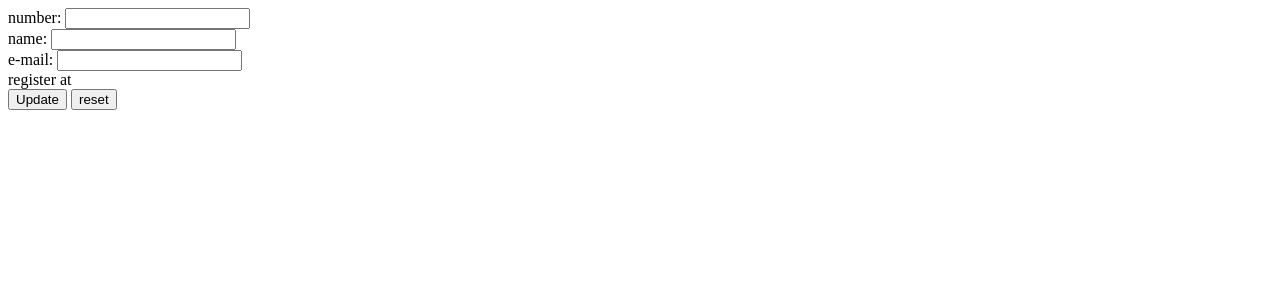
Repository: jk121925/anfree
Page: http://localhost/DONE/member/MemberUpdateForm.jsp
These files come from the project's save history. The page is drawn as it stood at one moment and after the next save; the edit follows.
The browser window is 1280 px wide. The pictures show the whole page.
The page is served by Tomcat 9. Other server files are loaded and not shown.

Above is the page before, as saved 2021-12-29 13:53:53.

### DONE/src/main/webapp/member/MemberUpdateForm.jsp
<%@ page import="spms.vo.Member" %>
<%@ page language="java" contentType="text/html; charset=UTF-8"
    pageEncoding="UTF-8"%>
<!DOCTYPE html>
<html>
<head>
<meta charset="UTF-8">

<title>Member ingredient</title>
</head>
<body>
	<form action='update' method='post'>
		number: <input type='text' name='no' value='${member.no}' readonly><br>
		name: <input type='text' name ='name' value='${member.getName}'><br>
		e-mail: <input type='text' name='email' value='${member.getEmail}'><br>
		register at ${member.createdDate}<br>
		<input type='submit' value='Update'>
		<input type='reset' value='reset' onclick='location.href="list"'>
	</form>
</body>
</html>

After the next save:
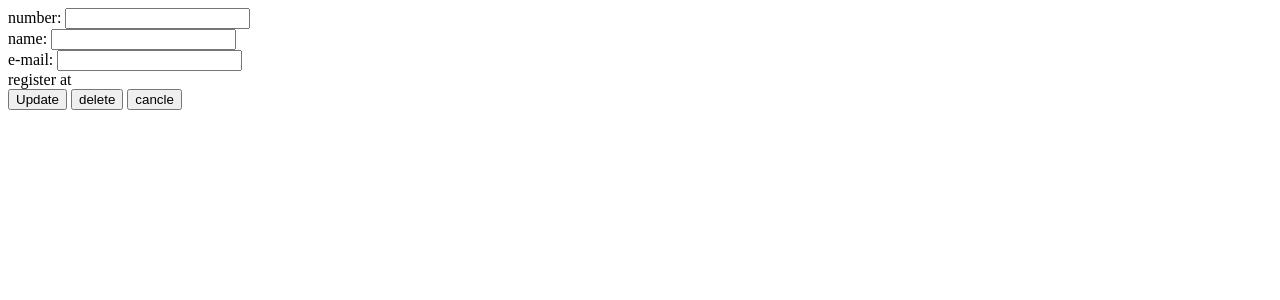
Saved 93 s later.
--- a/DONE/src/main/webapp/member/MemberUpdateForm.jsp
+++ b/DONE/src/main/webapp/member/MemberUpdateForm.jsp
@@ -15,7 +15,8 @@
 		e-mail: <input type='text' name='email' value='${member.getEmail}'><br>
 		register at ${member.createdDate}<br>
 		<input type='submit' value='Update'>
-		<input type='reset' value='reset' onclick='location.href="list"'>
+		<input type='button' value='delete' onclick='location.href="delete?no=?${member.no}";'>
+		<input type='button' value='cancle' onclick='location.href="list"'>
 	</form>
 </body>
 </html>
